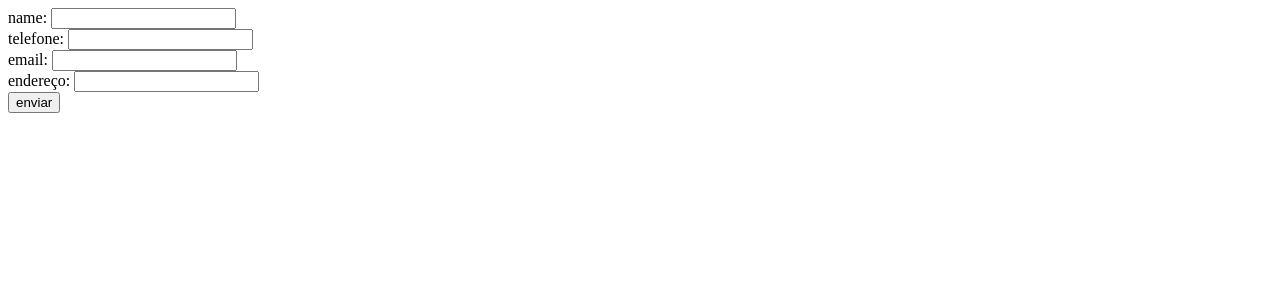
Repository: ygohamon/Java-Projeto-Ygohamon
Page: agenda-contato/WebContent/index.html
These files come from the project's save history. The page is drawn as it stood at one moment and after the next save; the edit follows.
The browser window is 1280 px wide. The pictures show the whole page.

Above is the page before, as saved 2017-10-24 23:52:56.

### agenda-contato/WebContent/index.html
<!DOCTYPE html>
<html>
<head>
<meta charset="ISO-8859-1">
<title>Primeiro Projeto</title>
</head>
<body>
<form action="CadastroContato" method="post">
	name: <input type="text" name="nome" id="nome"></br>
	telefone: <input type="text" name="telefone" id="telefone"></br>
	email: <input type="text" name="email" id="email"></br>
	endereço: <input type="text" name="endereco" id="endereco"></br>
	<input type="submit" title="enviar" value="enviar">

</form>
</body>
</html>

After the next save:
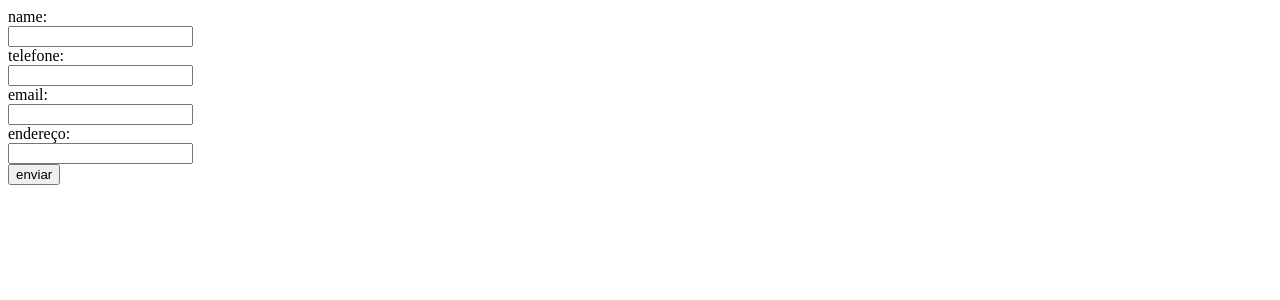
Saved 3 min 19 s later.
--- a/agenda-contato/WebContent/index.html
+++ b/agenda-contato/WebContent/index.html
@@ -6,10 +6,10 @@
 </head>
 <body>
 <form action="CadastroContato" method="post">
-	name: <input type="text" name="nome" id="nome"></br>
-	telefone: <input type="text" name="telefone" id="telefone"></br>
-	email: <input type="text" name="email" id="email"></br>
-	endereço: <input type="text" name="endereco" id="endereco"></br>
+	name:</br> <input type="text" name="nome" id="nome"></br>
+	telefone:</br> <input type="text" name="telefone" id="telefone"></br>
+	email:</br> <input type="text" name="email" id="email"></br>
+	endereço:</br> <input type="text" name="endereco" id="endereco"></br>
 	<input type="submit" title="enviar" value="enviar">
 
 </form>
